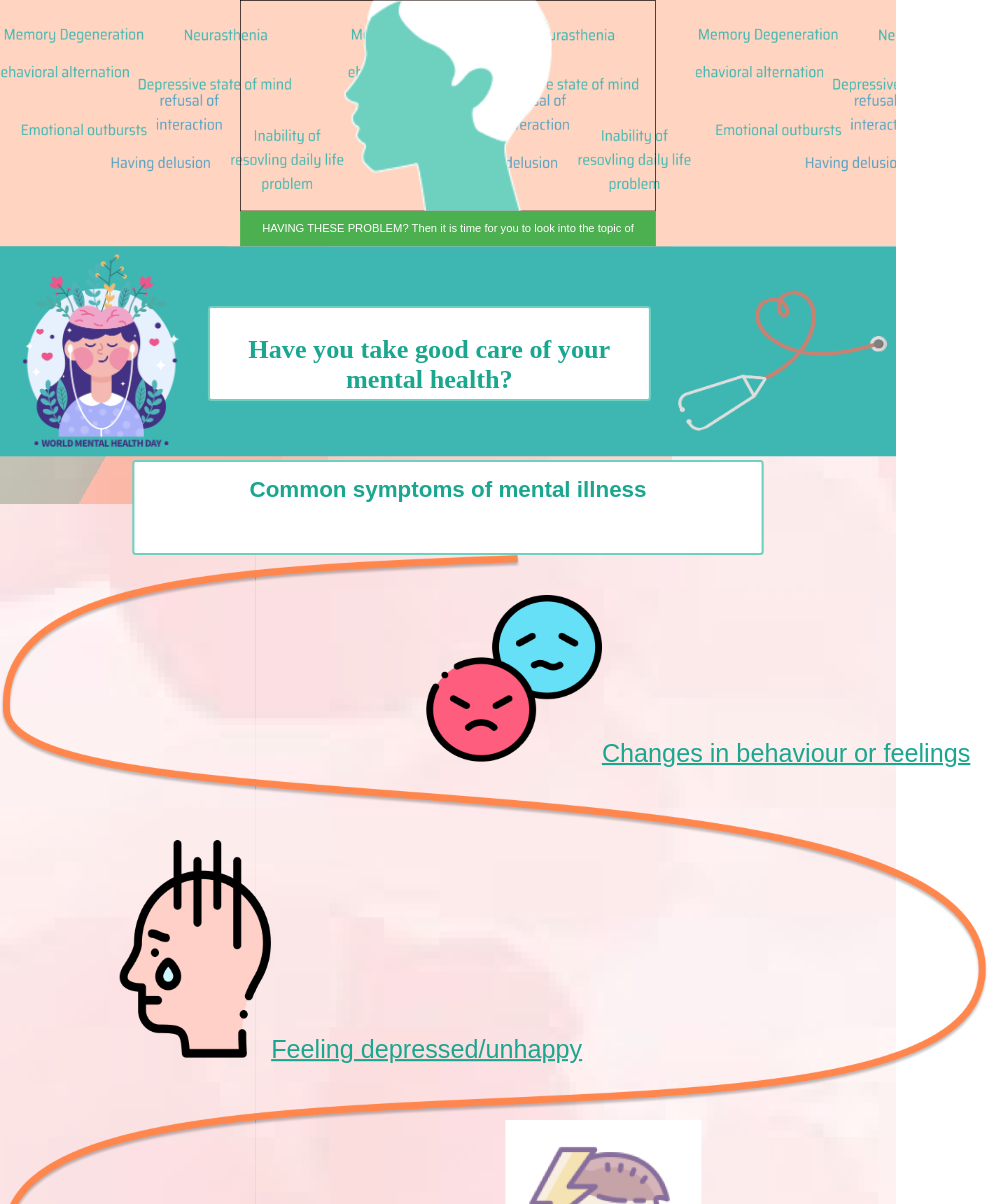
Repository: zzs1/2109-Dynamic-Content-Project
Page: index.html
These files come from the project's save history. The page is drawn as it stood at one moment and after a run of saves; the edit follows.
The browser window is 1280 px wide. The page is 1412 px wide, so the pictures cover 1412 px, including what lies to the right of the window. The pictures show the part of the page from y = 0 to 1720 px (the page is 8291 px tall), at 70% of full size.
Some web fonts or font styles are not loaded; a fallback is used.

Above is the page before, as saved 2021-03-09 12:30:49.

### index.html
<html lang="en">
<head>
  <meta charset="UTF-8">
  <meta name="viewport" content="width=device-width, initial-scale=1.0">
  <link href="index.css" rel="stylesheet" type="text/css" >
  <link rel="preconnect" href="https://fonts.gstatic.com">
  <link href="https://fonts.googleapis.com/css2?family=Saira+Semi+Condensed:wght@500&display=swap" rel="stylesheet">
  <link href="https://fonts.googleapis.com/css2?family=Solway:wght@700&display=swap" rel="stylesheet">
  <link href="https://fonts.googleapis.com/css2?family=Sniglet&display=swap" rel="stylesheet">
  <title>Midterm group project for MDIA 2109</title>
</head>
<body>
  <!--please place your code in #main -->
  <div id="main">
    <!--Shin Part: Brain-->
    <div class="header image">
      <div class="headerpic"></div>
      </div>

    <!--Shin Part: Header: Have you take good care of you mental health? -->
    <div class="header caption">
      <img class="headimg" src="Shin_code/comps/caption/headimage.png" alt="image#1">
      <div class="headertitle_back">
      <h1 class="headertitle"></div>
      </h1>
        <img class="sideimg" src="Shin_code/comps/caption/sideimage.png" alt="image#2">
    </div>

    <!--Shin Part: content1: Common symptoms of mental illness -->
    <div class="content center">
      <div class="sub1_back">
      <h1 class="content sub1">Common symptoms of mental illness</h1>
      </div>
      <div class="content form01"><img class='img1'src="Shin_code/reference pictures_/image06.png">Changes in behaviour
       or feelings
      </div>
      <div class="content form02"><img  class='img2' src="Shin_code/reference pictures_/image05.png">Feeling depressed/unhappy </div>
      <div class="content form03"><img  class='img3' src="Shin_code/reference pictures_/image04.png">Emotional outbursts</div>
      <img class="arrow" src="Shin_code/comps/content/Group 13.png" alt="arrowkey">
      <div class="content form04"><img  class='img4'src="Shin_code/reference pictures_/image03.png">Quiet or withdrawn</div>
      <div class="content form05"><img  class='img5'src="Shin_code/reference pictures_/image02.png">Sleeping problems</div>
      <div class="content form06"><img  class='img6'src="Shin_code/reference pictures_/image01.png">Feeling guilty or worthless</div>
    </div>

    <!--Shin: Dont be afraid part-->
    <div class="foot cap">
      <div class="footline">Don't be afraid!</div>
      <div class="footpara">THE ABOVE SITUATION ARE THE SIGNS OF
        HAVING MENTAL HEALTH ISSUE AND IT IS <span style="color: yellow;">NORMAL</span> TO HAVE MENTAL DISORDER</div>
    </div>

    <!--Joyce: Facts about mental disorders  -->
  <div class="joyce_main">
    <h1 id="heading"> Facts About Mental Disorders </h1>

    <div class="ps_container">

      <div class="boxes" id="box1">
          <p class="text">
            <strong class="keyword">1 in 5 Canadians</strong> Eexperience mental health illness
          </p>
          <div class="pic">
            <img src="joyce_code/pic/box1.png" width="200px" height="230px">
          </div>
      </div>

      <div class="boxes"  id="box2">
          <div class="pic">
            <img src="joyce_code/pic/box2.jpg" width="200px" height="230px">
          </div>
          <p class="text">
            <strong class="keyword">By age 40,</strong>about <strong class="keyword">50%</strong>of the population will have or have had a mental illness
          </p>
      </div>

      <div class="boxes" id="box3">
          <p class="text">
            It is estimated that <strong class="keyword">10-20% </strong> of Canadian youth are affected by <strong class="keyword">a mental illness or disorder</strong>
          </p>
          <div class="pic">
            <img src="joyce_code/pic/box3.jpg" width="200px" height="200px">
          </div>
      </div>

      <div class="boxes"  id="box4">
        <div class="pic">
          <img src="joyce_code/pic/box4.jpg" width="250px" height="250px">
        </div>
        <p class="text">
          Almost <strong class="keyword">49% </strong>of those who feel they have suffered from<strong class="keyword"> depression or anxiety</strong> have <strong class="keyword">never gone to see a doctor</strong> about this problem.
        </p>
      </div>

      <div class="boxes"  id="box5">
        <p class="text">
          <strong class="keyword">Anxiety disorders</strong> affect <strong class="keyword">5%</strong> of the household population
        </p>
        <div class="pic">
          <img src="joyce_code/pic/box5.jpg" width="250px" height="250px">
        </div>
      </div>

      <div class="boxes" id="box6">
        <div class="pic">
          <img src="joyce_code/pic/box6.jpg" width="250px" height="250px">
        </div>
        <p class="text">
          People with the highest levels of self-rated distress were <strong class="keyword">32%</strong> more likely to have <strong class="keyword">died from cancer</strong>
        </p>
      </div>

      <div class="boxes" id="box7">
        <p class="text">
          <strong class="keyword">Depression </strong>has been found to be associated with an increased risk of <strong class="keyword">coronary heart disease</strong>
        </p>
        <div class="pic">
          <img src="joyce_code/pic/box7.jpg" width="250px" height="250px">
        </div>
      </div>

    </div>

      <div id="box8">
        <p class="text">
          Today, approximately <strong class="keyword">5% of male youth and 12% of female youth</strong>, age 12 to 19, have experienced a <strong class="keyword">major depressive episode.</strong>
        </p>
        <div class="pic">
          <img src="joyce_code/pic/box8.jpg" width="50%" height="250px">
        </div>
      </div>


  </div>

    <!-- DONT TOUCH!! Chisaki part start from here-->

    <!--Card question section-->
    <div class="container cardquestions">
      <div class="title"></div>
    <div class="card"></div>
    </div>
    <!--Time to look after your mental health section-->
    <div class="container mid">
      <h1 class="midtitle">Time to look after your mental health</h1>
      <img src="comps/icon/midpic.jpg" alt="mental health" max-width="300px" height="300px" />
    </div>

    <!--Pick Icons for more info part-->
    <div class="container iconsection">
      <div class="title2"></div>
      <h3 class="subtitle">Pick icons for infomation</h3>
      <div class="icon" onclick="myFunction()"></div>
      <div class="hidden" id="panel">
        <div class="info"></div>
      </div>
    </div>

    <!--DONT TOUCH!! Chisaki part ends-->

    <!--For Joyce, next part write from here as long as it is main content. If it is footer, please place the code underneath </div> with <footer>-->
     <div id="bottomPart">
      <div class="bg"></div>
        <div class="bg bg2"></div>
        <div class="bg bg3"></div>
        <div  id="bottom">
        <div id="right">
            <div id="content">
            For quick mental testing for yourself and learn more about mental illness, download RETHERAPHY from  </div>
            <div id="logo"><a href="https://play.google.com/store"><img  src=../joyce_code/pic/google.png alt="appstore" width=150 height=70></img></a><br>
                <a href="https://www.apple.com/ca/app-store/"><img  src=../joyce_code/pic/apple.png alt="appstore"  width=150 height=70></img></a>
            </div>
          </div>
      <div id="showcase"><img  src="../joyce_code/pic/phone.png" alt="apps phone" width="210" height="425"> </div>
      </div>
    </div>
    <footer>
      <p>@copyright 2021 <br>All right reserved Powered by RETHERAPHY</p>
    </footer>
  </div>

  <!--Shin script starts from here-->
  <script src="Shin_code/comps/caption/index.js"></script>
  <script src="Shin_code/comps/sliding/index.js"></script>
  <script src="Shin_code/comps/headerpic/index.js"></script>


  <!--DONT TOUCH !! Chisaki scripts start from here-->
  <script src="comps/card/index.js"></script>
  <script src="comps/Title/index.js"></script>
  <script src="comps/icon/index.js"></script>
  <script src="comps/Info/index.js"></script>
  <script src="index.js"></script>
  <script>
    function myFunction() {
      document.getElementById("panel").style.display = "block";
    }
    document.getElementById("icon1").onclick = function (){
      document.getElementById("info1").style.display = "block";
      document.getElementById("info2").style.display = "none";
      document.getElementById("info3").style.display = "none";
      document.getElementById("info4").style.display = "none";
      document.getElementById("info5").style.display = "none";
      document.getElementById("info6").style.display = "none";
    }
    document.getElementById("icon2").onclick = function (){
      document.getElementById("info2").style.display = "block";
      document.getElementById("info1").style.display = "none";
      document.getElementById("info3").style.display = "none";
      document.getElementById("info4").style.display = "none";
      document.getElementById("info5").style.display = "none";
      document.getElementById("info6").style.display = "none";
    }
    document.getElementById("icon3").onclick = function (){
      document.getElementById("info3").style.display = "block";
      document.getElementById("info1").style.display = "none";
      document.getElementById("info2").style.display = "none";
      document.getElementById("info4").style.display = "none";
      document.getElementById("info5").style.display = "none";
      document.getElementById("info6").style.display = "none";
    }
    document.getElementById("icon4").onclick = function (){
      document.getElementById("info4").style.display = "block";
      document.getElementById("info1").style.display = "none";
      document.getElementById("info2").style.display = "none";
      document.getElementById("info3").style.display = "none";
      document.getElementById("info5").style.display = "none";
      document.getElementById("info6").style.display = "none";
    }
    document.getElementById("icon5").onclick = function (){
      document.getElementById("info5").style.display = "block";
      document.getElementById("info1").style.display = "none";
      document.getElementById("info2").style.display = "none";
      document.getElementById("info3").style.display = "none";
      document.getElementById("info4").style.display = "none";
      document.getElementById("info6").style.display = "none";
    }
    document.getElementById("icon6").onclick = function (){
      document.getElementById("info6").style.display = "block";
      document.getElementById("info1").style.display = "none";
      document.getElementById("info2").style.display = "none";
      document.getElementById("info3").style.display = "none";
      document.getElementById("info4").style.display = "none";
      document.getElementById("info5").style.display = "none";
    }
    </script>
    <!--DONT TOUCH !! Chisaki scripts ends here-->

</body>
</html>

### index.css
html,body {
  margin:0;
  font-family: 'Saira Semi Condensed', sans-serif;
}

#main {
  width:100vw;
  height:100vh;
  display:flex;
  flex-direction: column;

}
/*Shin part starts from here*/
.header {
  display: flex;
  min-width: 100%;
  align-items: center;
  justify-content: center;
}

.image {
  background-image: url("Shin_code/comps/headerpic/headerbackground.png");

}
.caption {
  background-color: #3EB7B2;
  width: 100%;
  height: 740px;


}

.sub1 {
  text-align: center;
  color: #1BA68F;
  font-family:'Saira Semi Condensed', sans-serif;
}

.sub2 {
  text-align: center;
  color: yellow;
}

.headertitle_back{
  width:70%;
  height:130px;
  margin-top:5px;
  background-color: #FFFFFF;
  border-radius: 5px;
  border:3px solid #6ED1BF;
  display: block;
  margin-left: auto;
  margin-right: auto;
  }

.headertitle_back > .headertitle{
    margin:0;
  }

.sub1_back{
width:70%;
height:130px;
margin-top:5px;
background-color: #FFFFFF;
border-radius: 5px;
border:3px solid #6ED1BF;
display: block;
margin-left: auto;
margin-right: auto;
}
.sub1_back > h3{
  margin:0;
}
.headertitle{
  font-family: 'Sniglet', cursive;


}
.cap{
  background-color: #6ED1BF;
  text-align: center;
}
.footline{
  text-align: center;
  font-family: 'Solway', serif;
  color: yellow;
  font-size: 120px;
  line-height: 144px;
  text-shadow: 0px 4px 4px rgba(0, 0, 0, 0.25);
  transform: matrix(1, 0, 0, 1, 0, 0);
}
.footpara{
font-family:'Saira Semi Condensed', sans-serif;
font-style: normal;
font-weight: 400;
font-size: 60px;
line-height: 94px;
color: #FFFFFF;
}
.center{
  background-image: url("Shin_code/comps/content/background.png");
  display: inline;
}




.headimg{
width: 300px;
height: 300px;
left: 100px;
top: 400px;

}
.sideimg{
right: 10px;
top: 400px;
width: 500px;
height: 236px;

}
.arrow{
  z-index: -1;

}


.form01{
  position: absolute;
  width: 895px;
  height:236px;
  left: 550px;
  top: 850px;
}
.form02{
position: absolute;
width: 847px;
height: 117px;
left: 78px;
top: 1200px;
}
.form03{
  position: absolute;
width: 659px;
height: 114px;
left: 691.86px;
top: 1600px;
}
.form04{
position: absolute;
width: 602px;
height: 105px;
left: 78px;
top: 2000px;
}
.form05{
  position: absolute;
width: 436px;
height: 92px;
left: 766px;
top: 2350px;
}
.form06{
position: absolute;
width: 903px;
height: 116px;
left: 88px;
top: 2800px;

}
.form01,.form02,.form03,.form04,.form05,.form06{

font-family: 'Saira SemiCondensed', sans-serif;
font-style: normal;
font-weight: normal;
font-size: 36px;
line-height: 55px;
text-align: center;
text-decoration-line: underline;
color: #1BA68F;

}
/*Shin part ends here*/

/*Joyce part starts from here*/
.joyce_main{
  background-color: white;
  width:100vw;
  display:flex;
  flex-direction:column;
  align-self: start;
  align-items:center;
  margin:50px 0;
}
#heading{
  margin-top: 100px;
  font-size: 50px;
  color:#1BA68F;
  border:4px solid  orange;
  max-height:30%;
  max-width: 80%;
  border-radius: 10px;
  text-align: center;
}

#heading:hover{
animation: skew 2s infinite;
transform: skew(7deg);
animation-direction: alternate;
opacity: .8;
}

@keyframes skew {
0% {
  transform: skew(7deg, 7deg);
}
100% {
  transform: skew(-7deg, -7deg);
}
}

.ps_container {
  width:100%;
  display:flex;
  flex-direction:column;
  justify-items: center;
  align-items: center;
}
.boxes{
  max-width: 80%;
  flex-grow: 1;
  display:flex;
  flex-direction:row;
  text-align: center;
  margin:30px 0;
}
.text{
  display: inline;
  max-width: 40%;
  color:#6ED1BF;
  font-size: 20px;
}

.text:hover{
  text-shadow: 2px 2px 10px #CBC2C2;
}

.pic{
  justify-items: center;
  width: 50%;
  transition: transform .2s; /* Animation */
   }

.pic:hover {
      transform: scale(1.2);

}

.pic > img {
  display: block;
  margin-left: auto;
  margin-right: auto;
}

.keyword{
  color:#1BA68F;
  font-size: 24px;
}
#box8 {
  width:80%;
  justify-content: center;
  align-items: center;
  flex-direction: column;
}

#box8 > .pic{
  width:70%;
  display: block;
  margin-left: auto;
  margin-right: auto;

}

/*Joyce part ends here*/


/* DONT TOUCH !! Chisaki Part Start from here */
.container {
 min-width:100%;
}
.cardquestions{
  background-color:#1BA68F;
}
.card {
  display:flex;
  flex-direction:row;
  flex-wrap: wrap;
  justify-content:center;
  align-items: center;
  margin:30px;
  font-family: 'Saira Semi Condensed', sans-serif;
}
.mid{
  background-color:#FFFFFF;
  text-align: center;
}
.midtitle {
 color:#1BA68F;
 font-family: 'Saira Semi Condensed', sans-serif;

}

.iconsection {
  background-color:#FFAA81;

}
.title,.title2{
  display: flex;
  justify-content:center;
  align-items: center;
  margin:30px;
  font-family: 'Saira Semi Condensed', sans-serif;
}

.icon {
  display: flex;
  flex-wrap: wrap;
  justify-content:center;
  align-items: center;
  margin:10px;
  font-family: 'Saira Semi Condensed', sans-serif;

}
.subtitle {
  color:#FFEBE4;
  text-align: center;
  font-family: 'Saira Semi Condensed', sans-serif;
}
.hidden{
  display:none;
}
.info {
justify-content: center;
align-items: center;
font-family: 'Saira Semi Condensed', sans-serif;
}

/* DONT TOUCH !!Chisaki Part End here*/

/*Joyce CSS buttom part styling starts from here*/
#bottomPart{
  width: 100%;
  margin-top: 5px;
}
#bottom{
  color:white;
  display:flex;
  justify-content: center;

}
#right{
  display:flex;
  flex-direction: column;
  max-width: 40%;
  justify-content: flex-start;
}

#showcase{
  max-width: 40%;
  justify-content: flex-end;
  transition: transform .2s;
}

#showcase:hover {
      transform: scale(1.3);
}

#logo{
  margin-left: 16%;
}
#content{
  font-size: 18px;
  margin-bottom: 10%;
  max-width: 80%;
}
#logo img{
  margin-bottom: 2%;
}

#logo img:hover{
  box-shadow: 0 0 40px #FFFFFF;
}
 .bg {
  width:100%;
  animation:slide 3s ease-in-out infinite alternate;
  background-image: linear-gradient(-60deg, #FFAA81 50%, #1BA68F 50%);
  bottom:0;
  left:-50%;
  opacity:.5;
  position:fixed;
  right:-50%;
  top:0;
  z-index:-1;
  }

.bg2 {
  animation-direction:alternate-reverse;
  animation-duration:4s;
  }

   .bg3 {
  animation-duration:5s;
  }

  @keyframes slide {
  0% {
      transform:translateX(-25%);
  }
  100% {
      transform:translateX(25%);
  }
  }

  footer{
    background-color: black;
    color:white;
    text-align: center;
  }

### Shin_code/comps/caption/index.js
function captionUI(text="filler"){
return`<div style='position: absolute;
width: 150px;
height: 300px;
left: calc(50% - 1345px/2 + 16px);
top: 169px;
background-color: #FFFFFF;
border-radius: 30px;'><p style='font-family: Sniglet;
font-style: normal;
font-weight: normal;
font-size: 80px;
line-height: 100px;
text-align: center;'>${text}</p></div>

`
}

### Shin_code/comps/sliding/index.js
function slidingUI(bgcolor="#FFFFFF", bodercolor="#FFD4C1", font="#FFAA81",text="Have you take good care of your mental health?"){
    return`
    <h3 style='
    color:${font};
    text-align:center;
    '>${text}
    </h3>

    `
    }

### Shin_code/comps/headerpic/index.js
function headerpicUI(id="id",url="https://placekitten.com/300/300",text="icon"){
    return`
    <div id='${id}'
  onmouseover='HeaderpicUI.HandleClick(this)''>
    <div style="border: 1px solid black;">
    <img style='
    width:300px;
    height:300px;
    object-fit:cover;
    display:block;
    margin:0 auto;
    'src='${url}'>
    </div>
    <div style=' background-color: #4CAF50;
    color: white;
    font-size: 16px;
    padding: 16px 32px;'>${text}</div>
    </div>`
}


headerpicUI.HandleClick = (el) => {
  //in the UI's case, el is the div itself
  el.querySelector(".front").style.opacity= 0.4;
  el.querySelector(".mouseover").style.opacity = 1;

  //onclick

}

### comps/Title/index.js
function TitleUI(bgcolor="#FFFFFF", bodercolor="#FFD4C1",text="title", font="#FFAA81"){
return`<div style='
width:300px;
height:70px;
border-radius:20px;
background-color:${bgcolor};
border:5px solid ${bodercolor};

'>
<h3 style='
color:${font};
text-align:center;
'>${text}</h3>
</div>
`
}
//export const Title = TitleUI();

Loaded but not shown: index.js (27 lines, source omitted); comps/card/index.js (118 lines, source omitted); comps/icon/index.js (58 lines, source omitted); comps/Info/index.js (43 lines, source omitted)

After the next 3 saves:
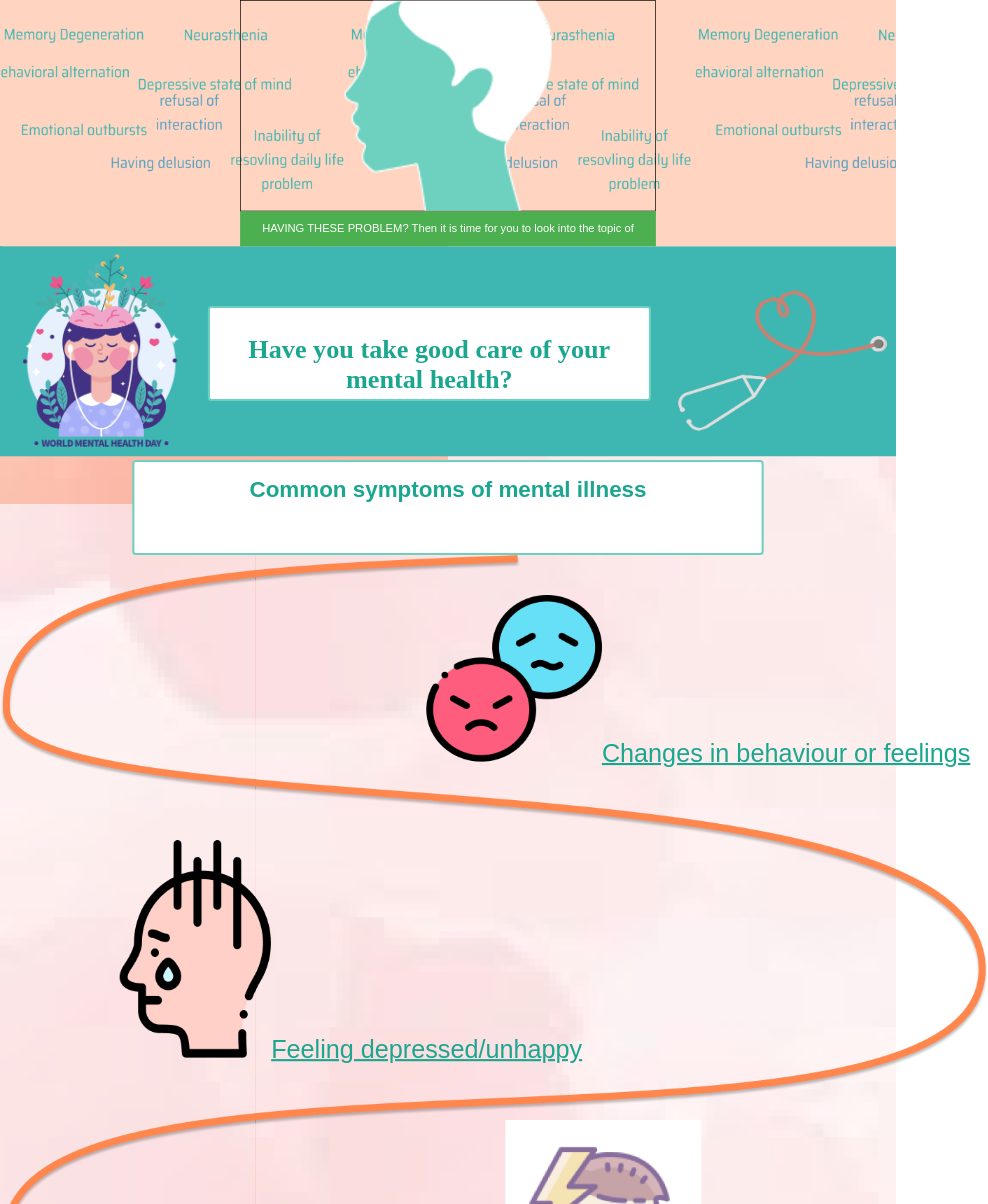
The 3 saves are shown as one change because they came seconds apart.
The last was saved 46 s later.
--- a/index.css
+++ b/index.css
@@ -392,6 +392,7 @@
 }
  .bg {
   width:100%;
+  background-color:
   animation:slide 3s ease-in-out infinite alternate;
   background-image: linear-gradient(-60deg, #FFAA81 50%, #1BA68F 50%);
   bottom:0;

After the save that followed:
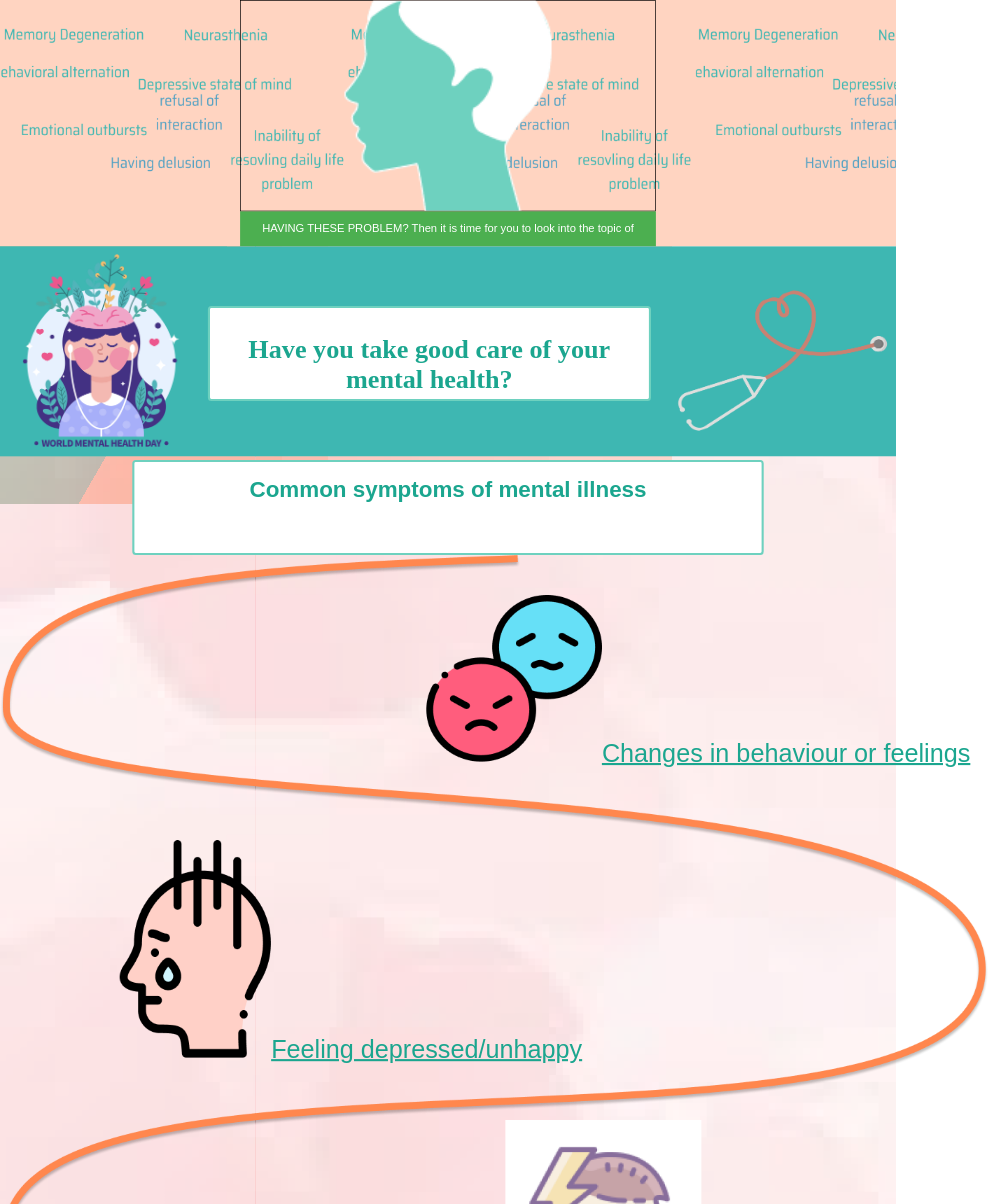
Saved 5 s later.
--- a/index.css
+++ b/index.css
@@ -392,7 +392,7 @@
 }
  .bg {
   width:100%;
-  background-color:
+  background-color:#ffffff;
   animation:slide 3s ease-in-out infinite alternate;
   background-image: linear-gradient(-60deg, #FFAA81 50%, #1BA68F 50%);
   bottom:0;
